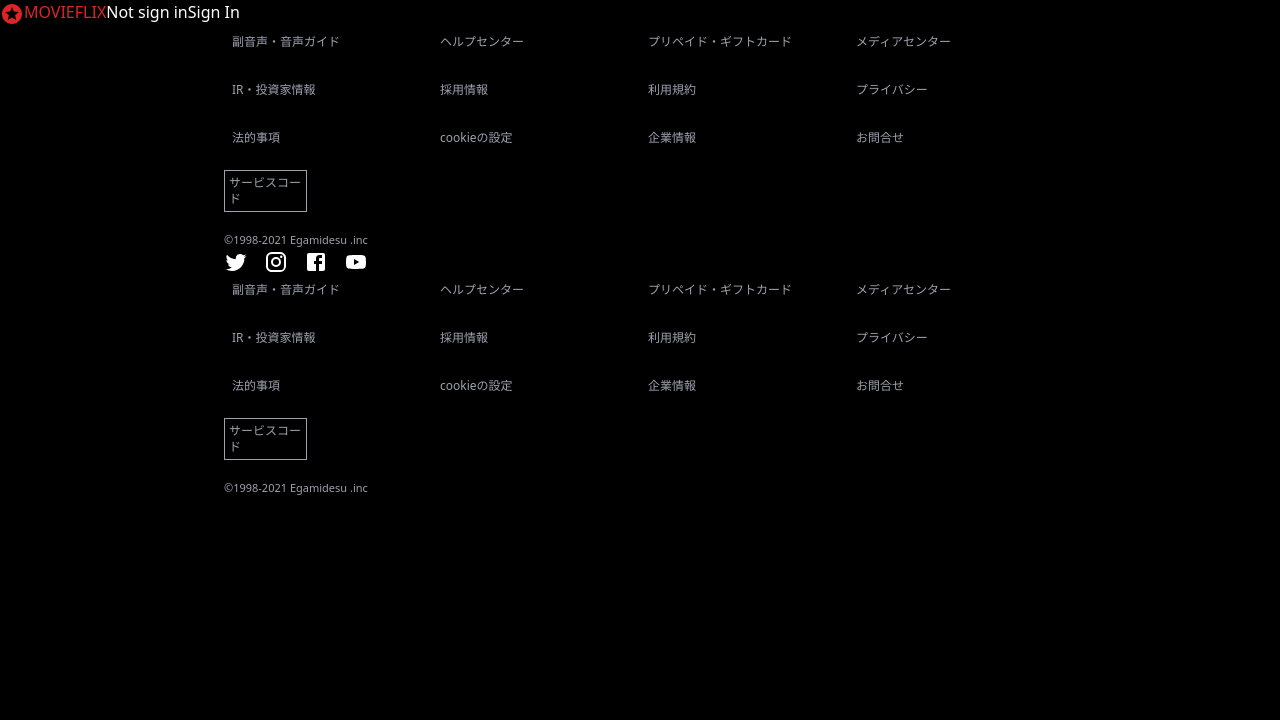
Repository: Reiya-1003/NextMovieApp
Page: /componets/footer
The author's editor kept a copy of each file at every save. The page is drawn from the files as they stood at one save, then again after a run of saves.
The browser window is 1280 px wide. The pictures show the whole page.
The page's requests for data from a server got no answer. The project was rebuilt for these pictures with package versions that can differ from the ones it lists, and the page was loaded fresh each time. The framework's server and built-in components were replaced by stand-ins that run in the browser. No one was signed in, and anything a server would have sent is missing. Also part of the build but not shown: next.config.js.

Above is the page before, as saved 2022-01-18 17:29:35.

After the next 2 saves:
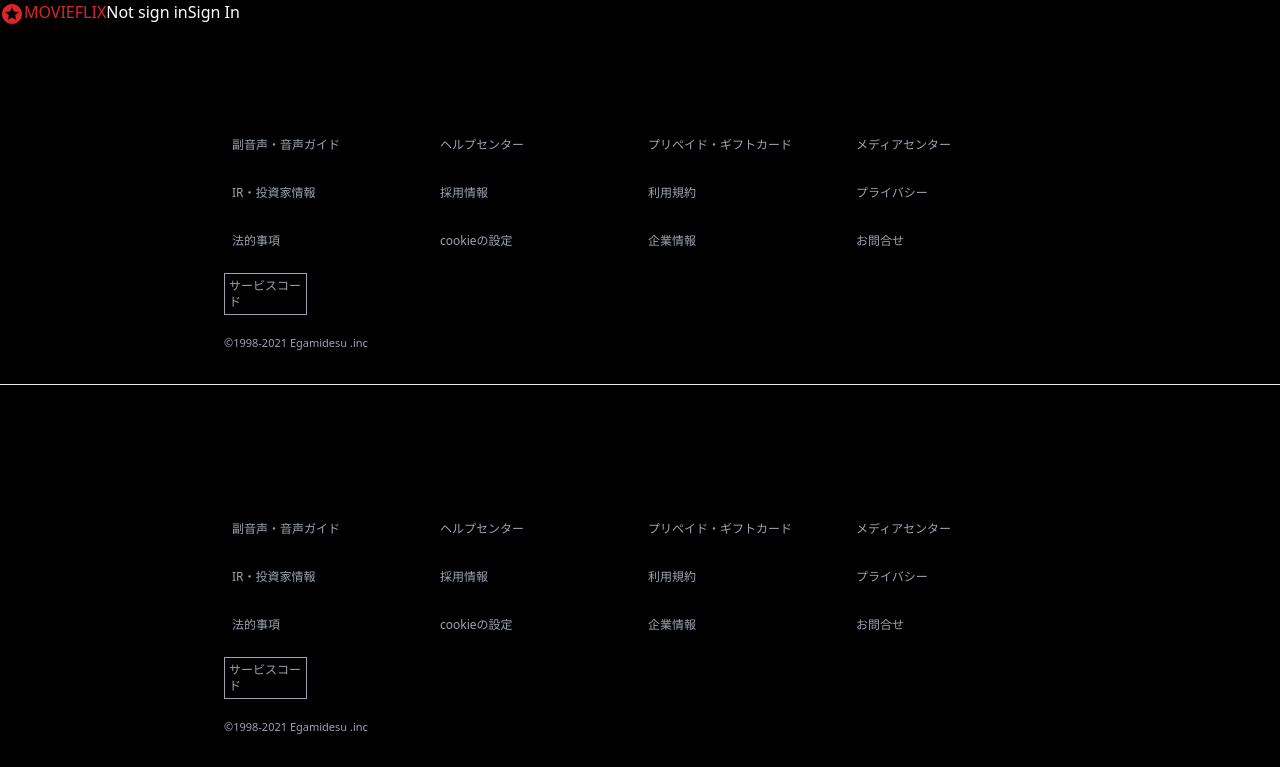
The 2 saves are shown as one change because 1 did not build or start.
The last was saved 3 min 14 s later.
--- a/pages/componets/footer.tsx
+++ b/pages/componets/footer.tsx
@@ -3,10 +3,11 @@ import TwitterIcon from '@mui/icons-material/Twitter';
 import InstagramIcon from '@mui/icons-material/Instagram';
 import FacebookIcon from '@mui/icons-material/Facebook';
 import YouTubeIcon from '@mui/icons-material/YouTube';
+import styles from '../../styles/Home.module.css'
 
 export default function Footer(){
     return (
-        <footer className="bg-black text-white">
+        <footer className={styles.footer}>
         <div className="mx-56 ">
             <div>
                 <a className="mr-4" href="https://twitter.com/home?lang=ja"><TwitterIcon/></a>
